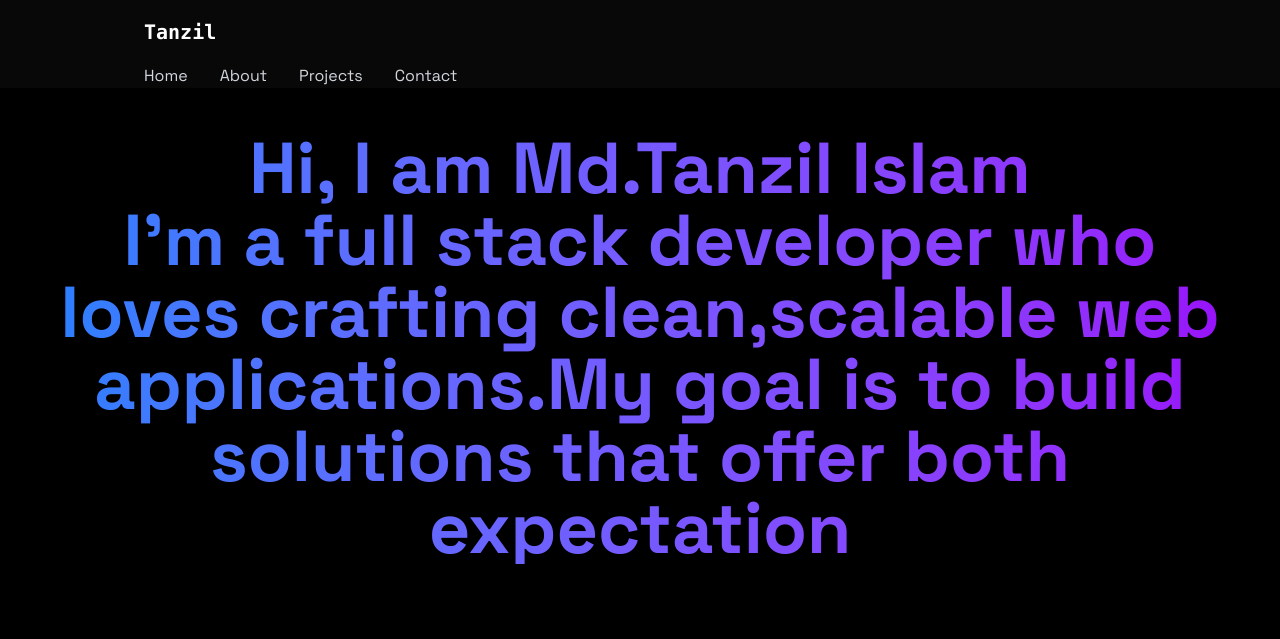
Repository: tanimtanzilislam/my_portfolio
Page: /
An editor plug-in stored every save of this project. The page is shown before and after the next save, followed by the edit.
The browser window is 1280 px wide. The pictures show the whole page.
The project was rebuilt for these pictures with package versions that can differ from the ones it lists, and the page was loaded fresh each time. Also part of the build but not shown: vite.config.js.

Above is the page before, as saved 2025-05-10 11:41:11.

After the next save:
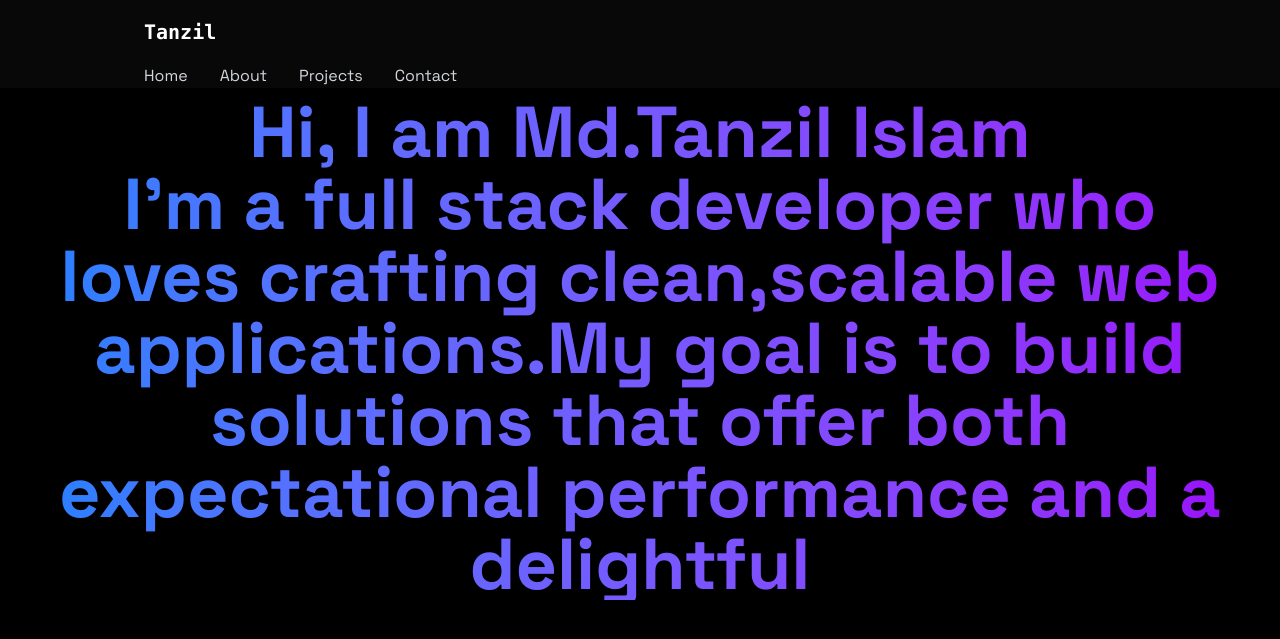
Saved 13 s later.
--- a/src/components/sections/Home.jsx
+++ b/src/components/sections/Home.jsx
@@ -3,7 +3,7 @@ export const Home =()=>{
         <div className="text-center z-10 px-14">
             <h1 className="text-5xl md:text-7xl font-bold mb-6 bg-gradient-to-r from-blue-500 to-purple-600 bg-clip-text text-transparent leading-right">Hi, I am Md.Tanzil Islam
                 <p>
-                    I'm a full stack developer who loves crafting clean,scalable web applications.My goal is to build solutions that offer both expectation                </p>
+                    I'm a full stack developer who loves crafting clean,scalable web applications.My goal is to build solutions that offer both expectational performance and a delightful                </p>
             </h1>
         </div>
     </section>
